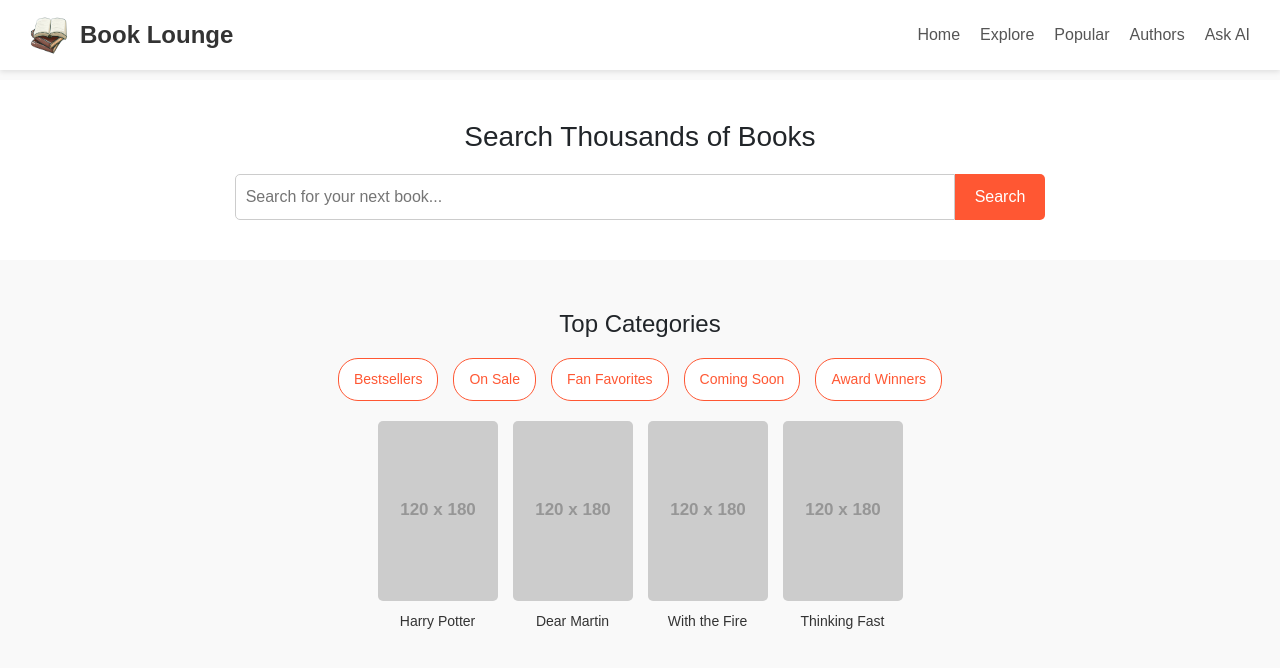
Repository: moehaymanmyint/Book-Longue-Web-System
Page: pages/home.html
The author's editor kept a copy of each file at every save. The page is drawn from the files as they stood at one save, then again after the next save.
The browser window is 1280 px wide. The pictures show the whole page.

Above is the page before, as saved 2024-12-31 15:08:21.

After the next save:
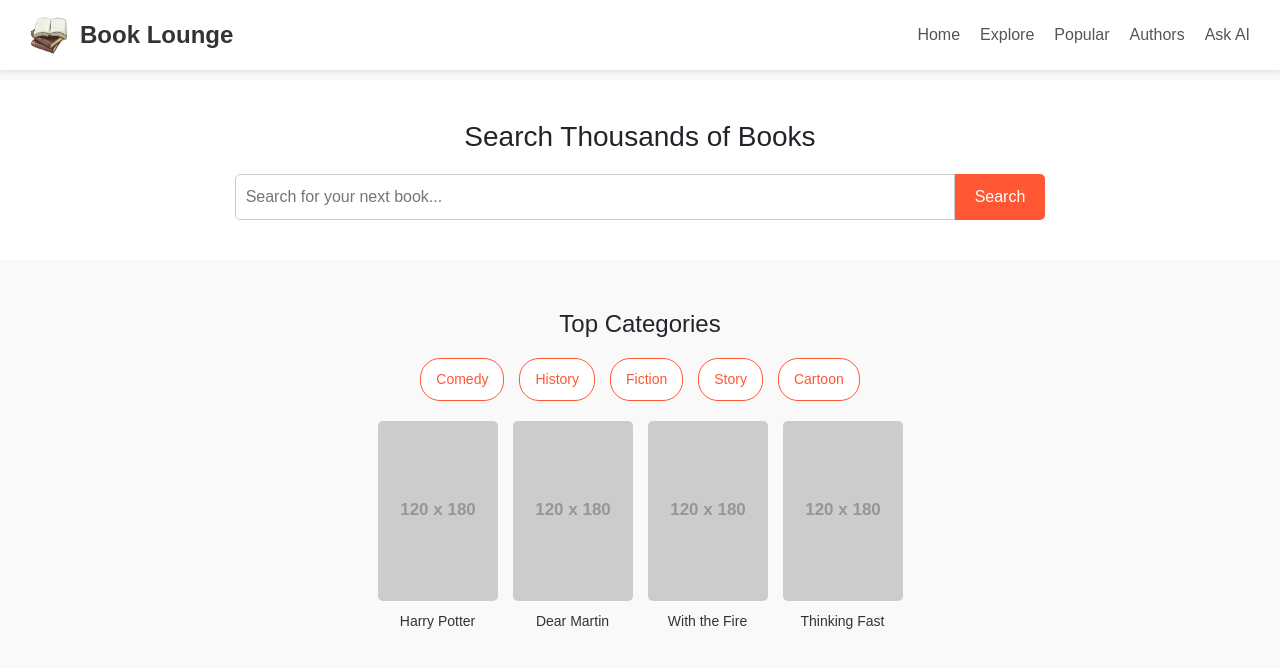
Saved 2 min 17 s later.
--- a/pages/home.html
+++ b/pages/home.html
@@ -181,11 +181,11 @@
     <section class="categories">
         <h2>Top Categories</h2>
         <div class="category-buttons">
-            <button>Bestsellers</button>
-            <button>On Sale</button>
-            <button>Fan Favorites</button>
-            <button>Coming Soon</button>
-            <button>Award Winners</button>
+            <button>Comedy</button>
+            <button>History</button>
+            <button>Fiction</button>
+            <button>Story</button>
+            <button>Cartoon</button>
         </div>
         <div class="books">
             <div class="book">
